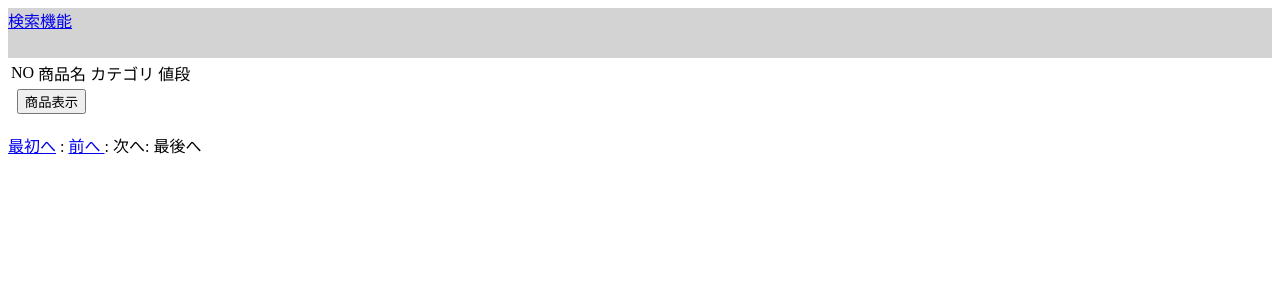
Repository: kousuke-2047/test
Page: http://localhost/Item/item.jsp
These files come from the project's save history. The page is drawn as it stood at one moment and after the next save; the edit follows.
The browser window is 1280 px wide. The pictures show the whole page.
The page is served by Tomcat 9.

Above is the page before, as saved 2018-06-20 08:20:03.

After the next save:
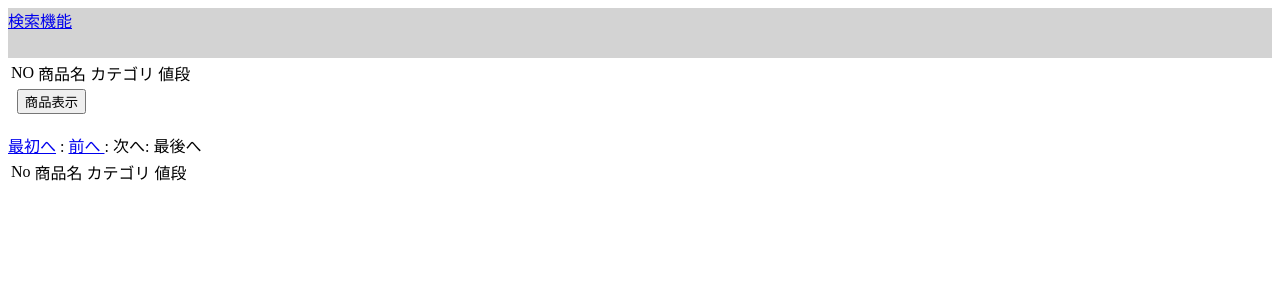
Saved 4 min 9 s later.
--- a/Item/WebContent/item.jsp
+++ b/Item/WebContent/item.jsp
@@ -84,7 +84,7 @@
 		</s:if>
 		<s:else>
 			<a href ='<s:url action ="ItemAction">
-			<s:param name="number" value="%{page}"/>
+				<s:param name="number" value="%{page}"/>
 			</s:url>'>
 				<s:property value ="page"/>
 			</a>
@@ -115,6 +115,27 @@
 	<s:else>
 		最後へ
 	</s:else>
+			<table>
+			<tr>
+				<td>No</td>
+				<td>商品名</td>
+				<td>カテゴリ</td>
+				<td>値段</td>
+			</tr>
+			<s:iterator value="itemList">
+			<tr>
+				<td><a href ='<s:url action="ItemshowAction">
+					<s:param name="itemid" value="id"/>
+					</s:url>'>
+					<s:property value="id"/>
+					</a>
+				</td>
+				<td><s:property value="itemName"/></td>
+				<td><s:property value="category"/></td>
+				<td><s:property value="itemPrice"/></td>
+			</tr>
+			</s:iterator>
+		</table>
 
 
 

After the save that followed:
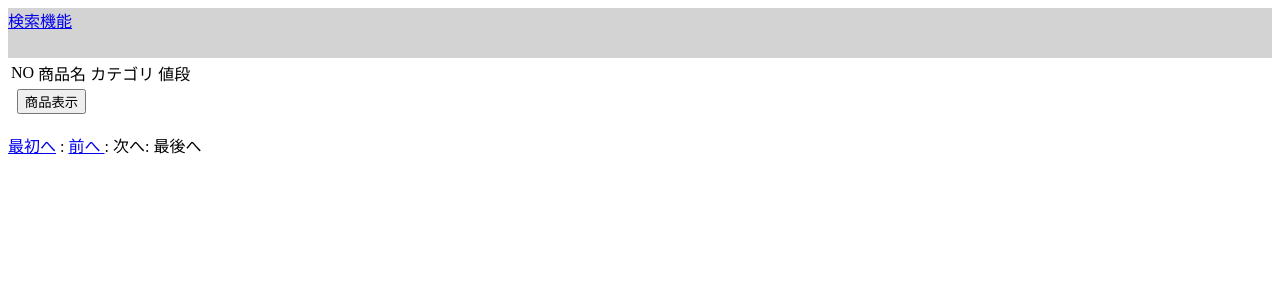
Saved 32 s later.
--- a/Item/WebContent/item.jsp
+++ b/Item/WebContent/item.jsp
@@ -115,37 +115,6 @@
 	<s:else>
 		最後へ
 	</s:else>
-			<table>
-			<tr>
-				<td>No</td>
-				<td>商品名</td>
-				<td>カテゴリ</td>
-				<td>値段</td>
-			</tr>
-			<s:iterator value="itemList">
-			<tr>
-				<td><a href ='<s:url action="ItemshowAction">
-					<s:param name="itemid" value="id"/>
-					</s:url>'>
-					<s:property value="id"/>
-					</a>
-				</td>
-				<td><s:property value="itemName"/></td>
-				<td><s:property value="category"/></td>
-				<td><s:property value="itemPrice"/></td>
-			</tr>
-			</s:iterator>
-		</table>
-
-
-
-
-
-
-
-
-
-
 
 </body>
 </html>
